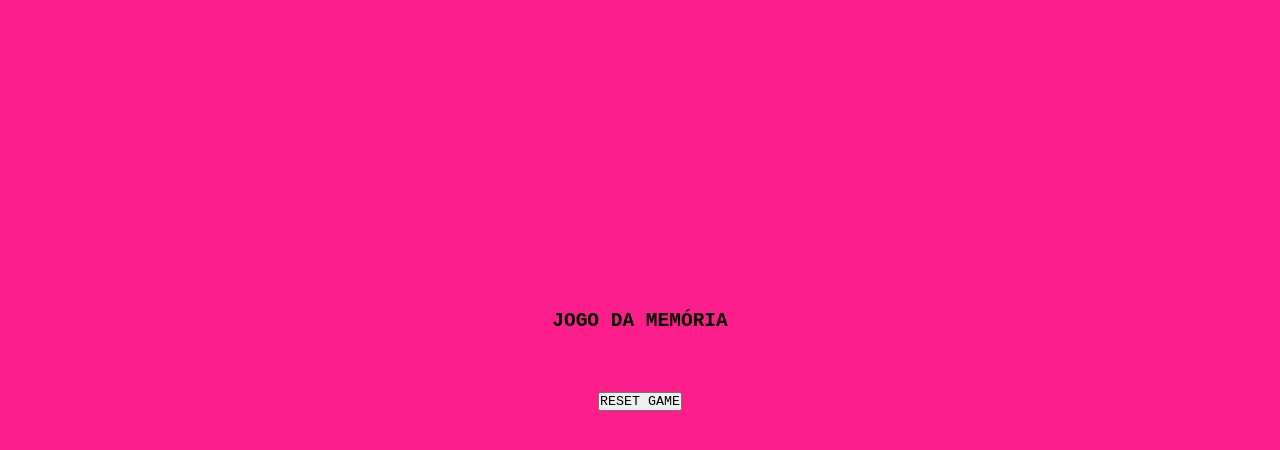
Repository: gustavotwist/memory-game
Page: index.html
These files come from the project's save history. The page is drawn as it stood at one moment and after a run of saves; the edit follows.
The browser window is 1280 px wide. The pictures show the whole page.

Above is the page before, as saved 2024-10-14 21:57:28.

### index.html
<!DOCTYPE html>
<html lang="pt-br">
<head>
    <meta charset="UTF-8">
    <meta name="viewport" content="width=device-width, initial-scale=1.0">
    <title>Jogo Da Memória</title>
    <link rel="stylesheet" href="./src/styles/reset.css">
    <link rel="stylesheet" href="./src/styles/main.css">
</head>
<body>
    <div class="container">
        <h2>JOGO DA MEMÓRIA</h2>
        <div class="game"></div>
        <button class="reset"
        onclick="window.location.reload()"
        >RESET GAME</button>
    </div>


    <script src="./src/scripts/engine.js" defer></script>
</body>
</html>

### src/styles/main.css
body {
    display: flex;
    justify-content: center;
    align-items: center;
    min-height: 100vh;
    background: #fc1e8a;
}

.container {
    position: relative;
    display: flex;
    flex-direction: column;
    justify-content: center;
    align-items: center;
    gap: 30px;
    background: linear-gradient(325deg, #03001e 0%, #);
}

Loaded but not shown: src/styles/reset.css (common file); src/scripts/engine.js (no copy from this time; the picture is the same without it)

After the next 3 saves:
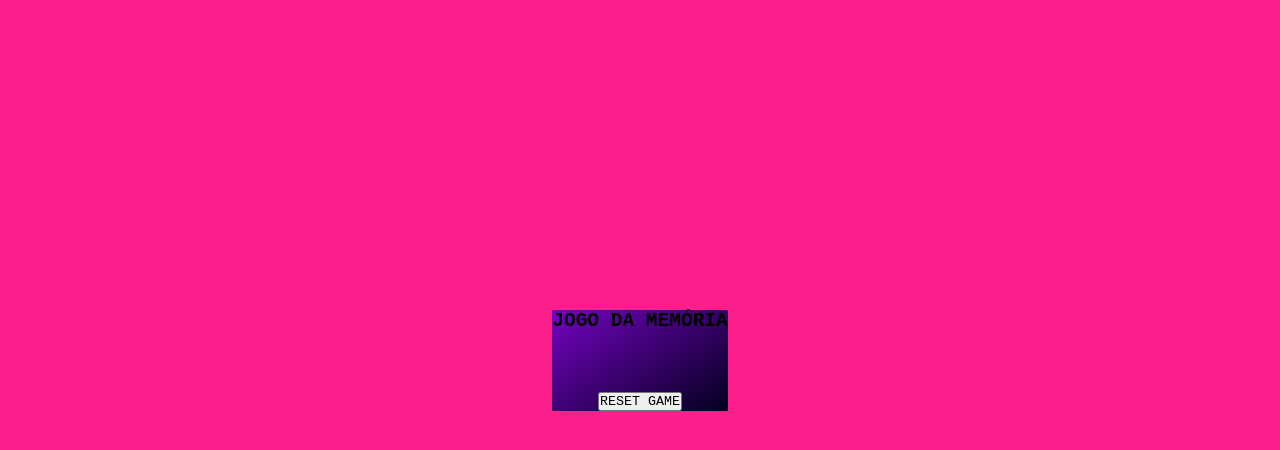
The 3 saves are shown as one change because they came seconds apart.
The last was saved 9 s later.
--- a/src/styles/main.css
+++ b/src/styles/main.css
@@ -13,5 +13,5 @@ body {
     justify-content: center;
     align-items: center;
     gap: 30px;
-    background: linear-gradient(325deg, #03001e 0%, #);
+    background: linear-gradient(325deg, #03001e 0%, #7303c0);
 }
